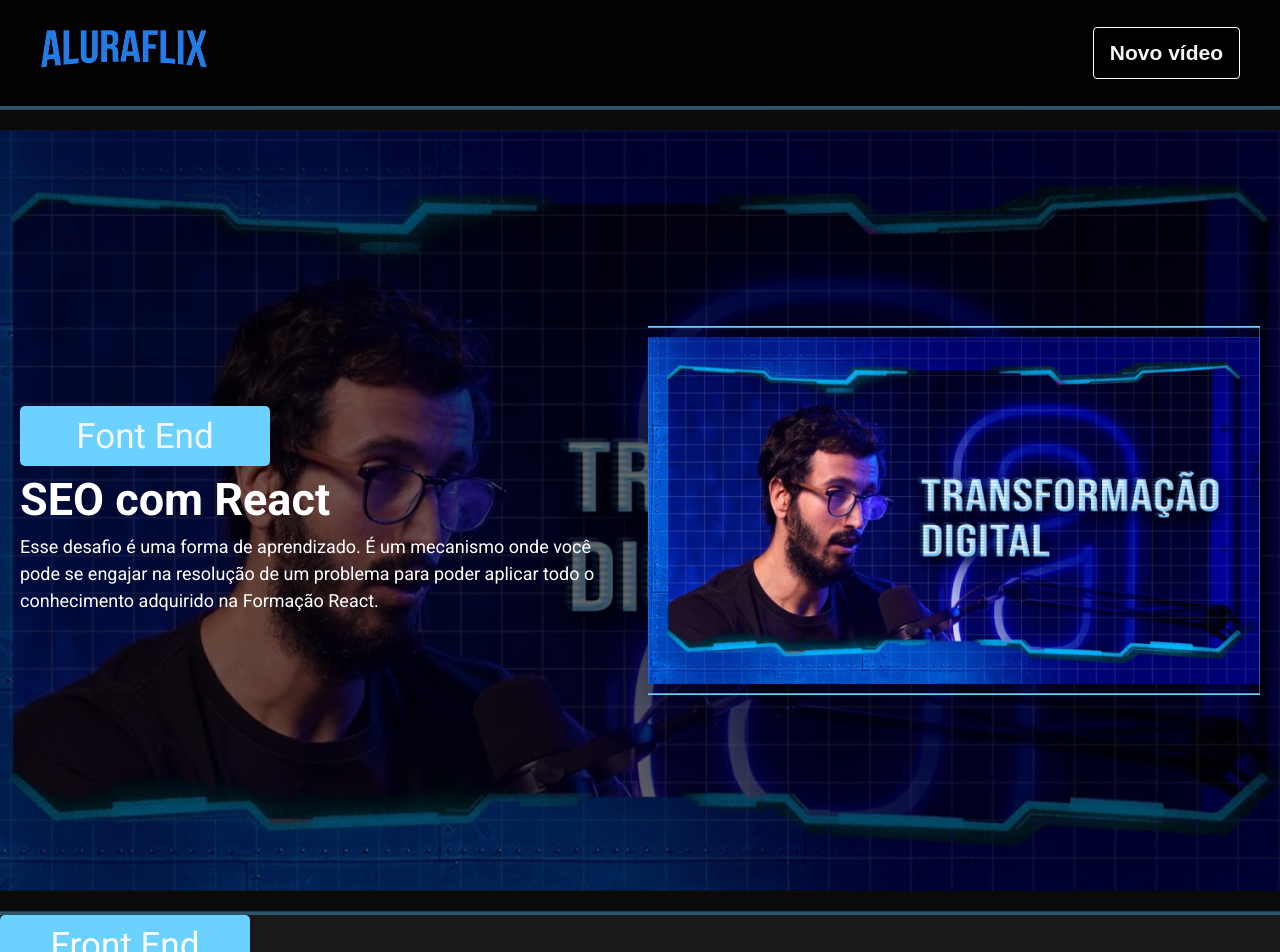
Repository: CarlosEduardoVdeOliveira/aluraflix
Page: /
An editor plug-in stored every save of this project. The page is shown before and after the next save, followed by the edit.
The browser window is 1280 px wide. The pictures show the part of the page from y = 0 to 952 px (the page is 2961 px tall before and 3006 px after).
The project was rebuilt for these pictures with package versions that can differ from the ones it lists, and the page was loaded fresh each time. Also part of the build but not shown: vite.config.js, src/components/Input/Input.module.css, src/components/Input/index.jsx, src/components/TextArea/TextArea.module.css, src/components/TextArea/index.jsx, src/pages/RegisterVideo/Register.module.css, src/pages/RegisterVideo/index.jsx, src/components/Table/Table.module.css and 3 more.

Above is the page before, as saved 2023-09-26 10:25:45.

After the next save:
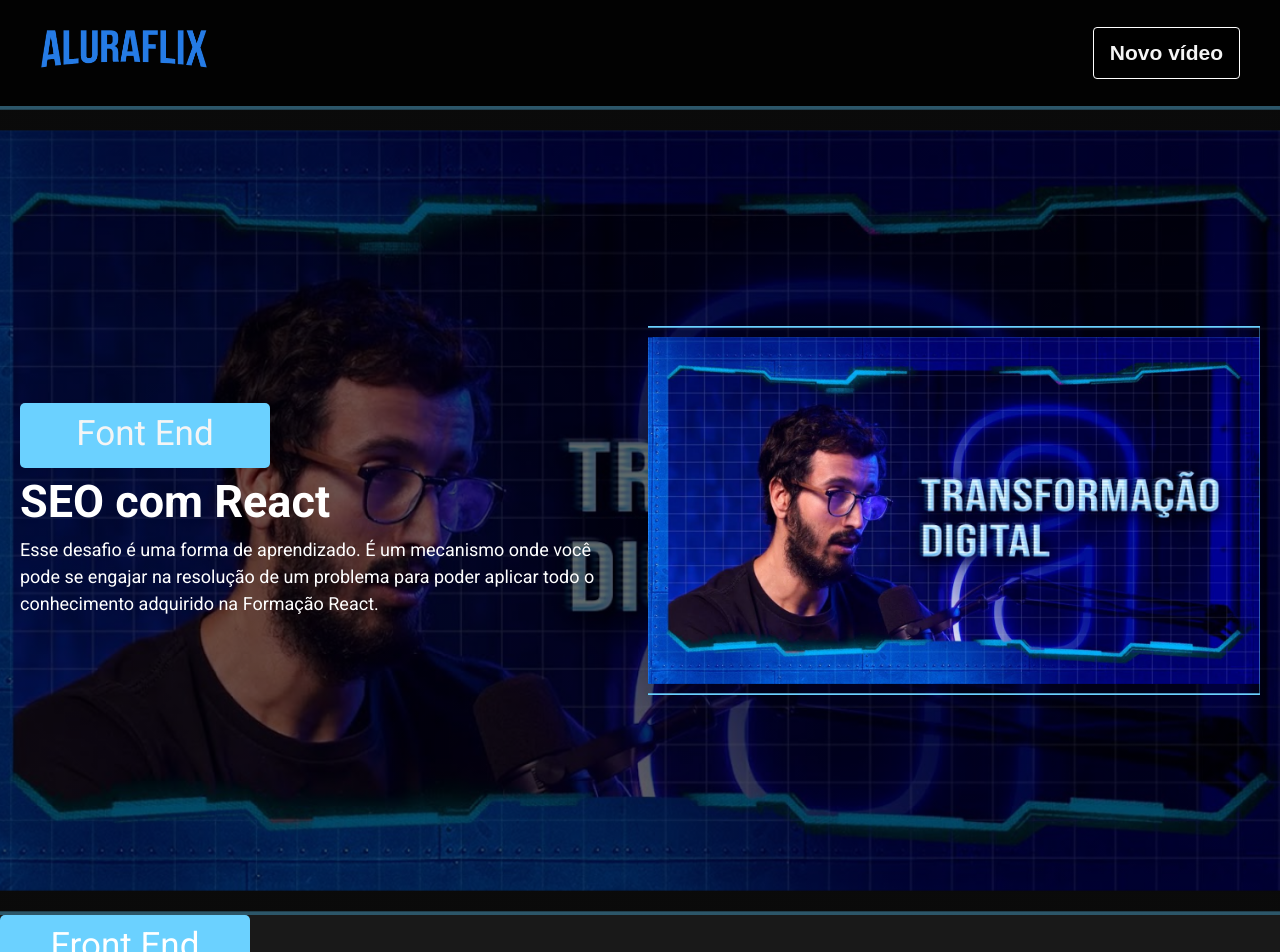
Saved 24 s later.
--- a/src/components/TitleCategory/TitleCategory.module.css
+++ b/src/components/TitleCategory/TitleCategory.module.css
@@ -1,7 +1,7 @@
 .container{
   width: fit-content;
   min-width: 250px;
-  height: 60px;
+  height: 65px;
   padding: 5px;
   text-align: center;
   border-radius: 5px;
